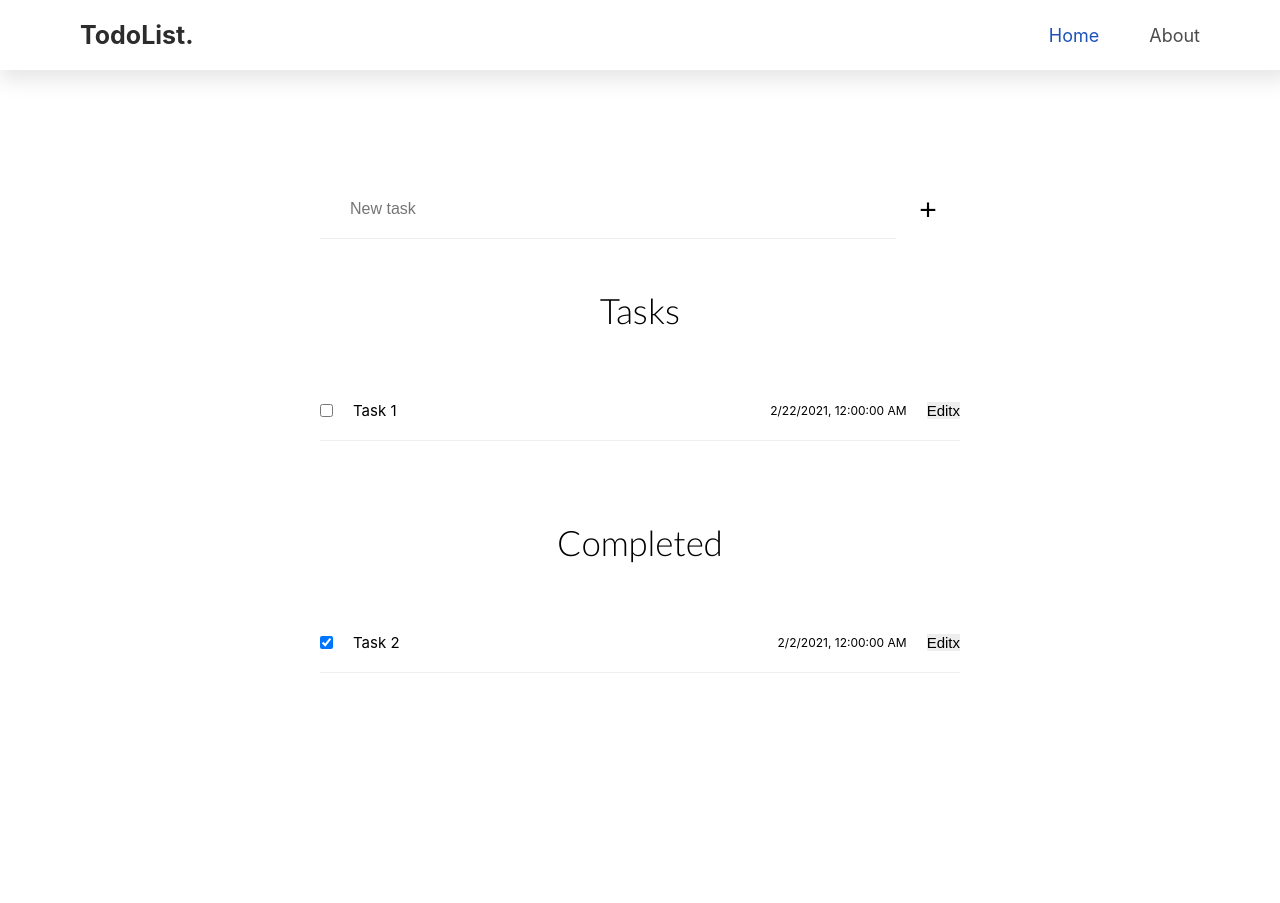
Repository: dqhuy153/react-todoList
Page: /
These files come from the project's save history. The page is drawn as it stood at one moment and after a run of saves; the edit follows.
The browser window is 1280 px wide. The pictures show the whole page.
The project was rebuilt for these pictures with package versions that can differ from the ones it lists, and the page was loaded fresh each time. Also part of the build but not shown: src/components/UI/LoadingSpinner.module.scss.

Above is the page before, as saved 2021-09-16 22:19:38.

After the next 2 saves:
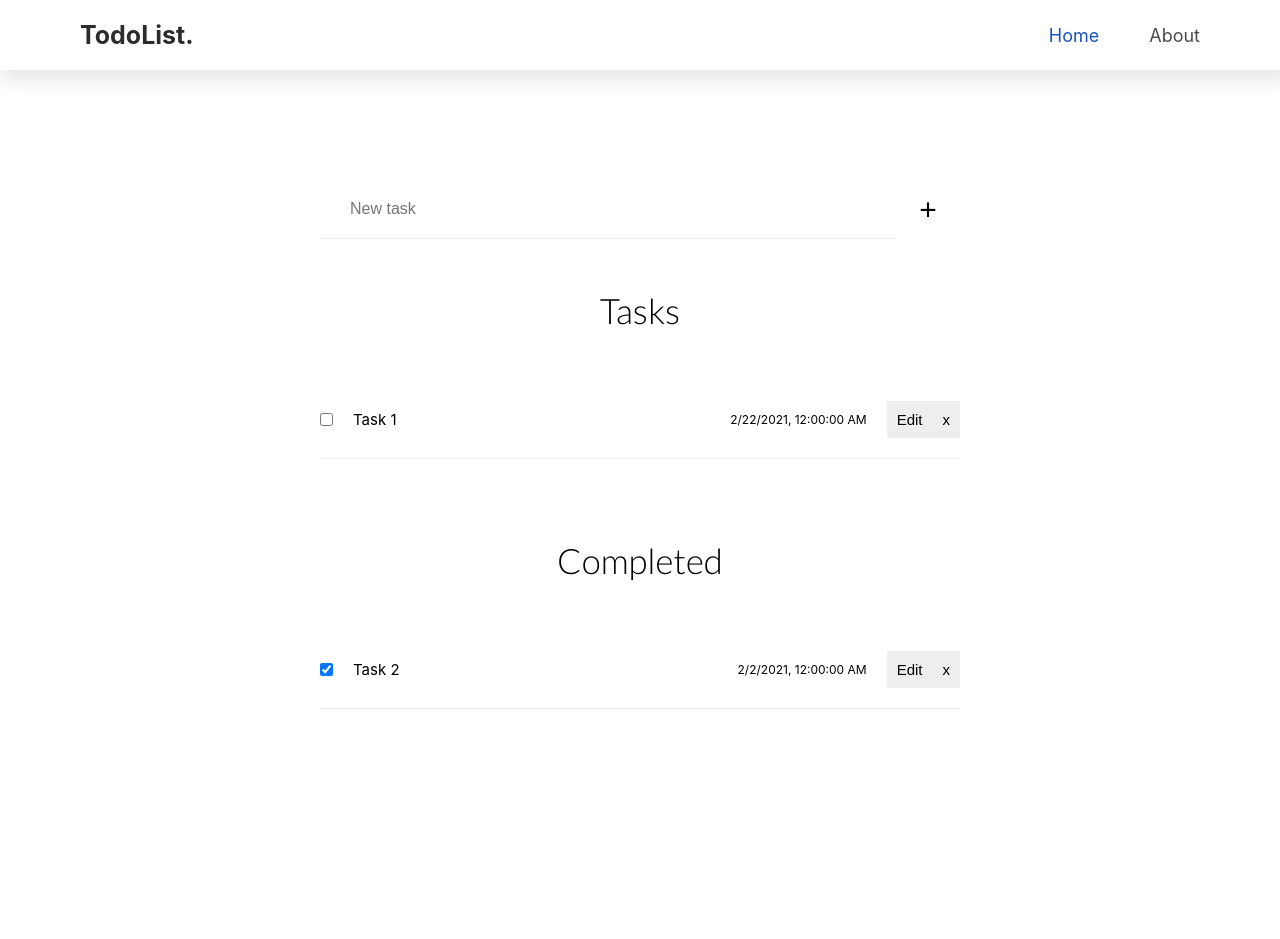
The 2 saves are shown as one change because they came seconds apart.
The last was saved 13 s later.
--- a/src/components/todos/TodoItem.module.scss
+++ b/src/components/todos/TodoItem.module.scss
@@ -20,6 +20,7 @@
     border: none;
     background: #eee;
     font-size: 1.5rem;
+    padding: 1rem;
   }
 }
 
